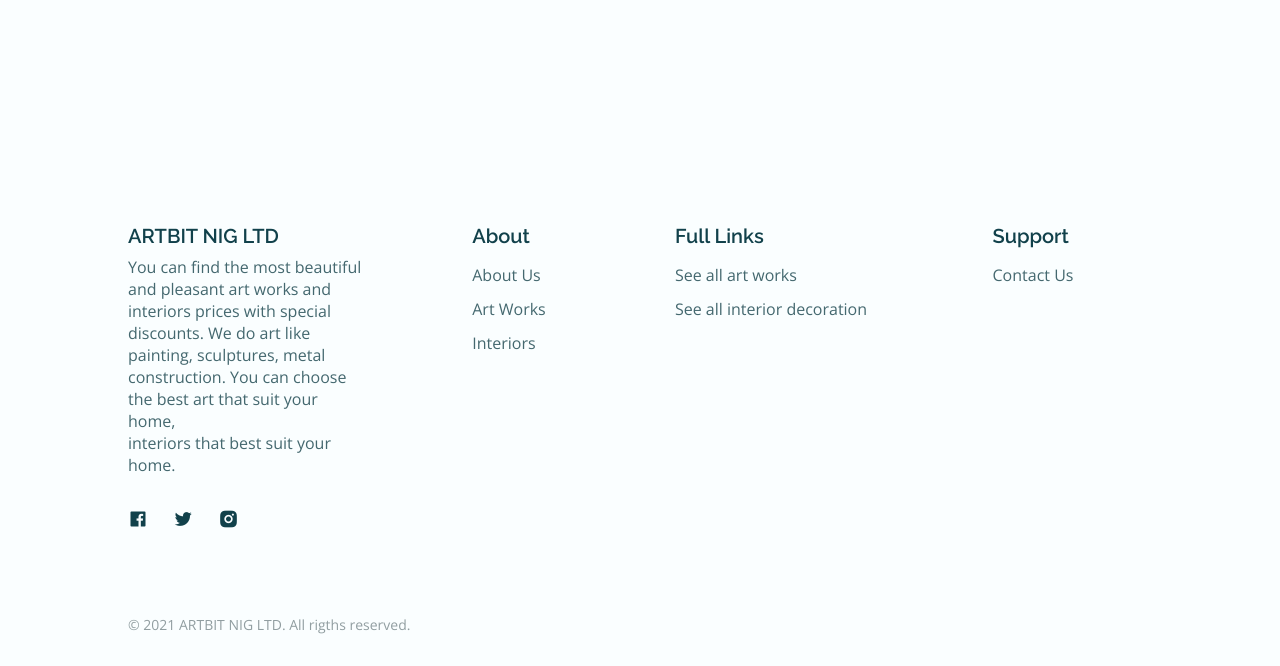
Repository: uche-hub/ARTBIT-WEB
Page: art.html
The author's editor kept a copy of each file at every save. The page is drawn from the files as they stood at one save, then again after a run of saves.
The browser window is 1280 px wide. The pictures show the part of the page from y = 1675 to 2363 px (the page is 2341 px tall before and 2363 px after).
A picture or video elsewhere on the page could not be fetched, so the positions and the page height are approximate.

Above is the page before, as saved 2021-10-15 21:16:33.
Console error: TypeError: Cannot read properties of null (reading 'classList')

### art.html
<!DOCTYPE html>
<html lang="en">
    <head>
        <meta charset="UTF-8">
        <meta name="viewport" content="width=device-width, initial-scale=1.0">

        <link rel="shortcut icon" href="assets/img/favicon.png" type="image/png">

        <!--=============== REMIXICONS ===============-->
        <link href="https://cdn.jsdelivr.net/npm/remixicon@2.5.0/fonts/remixicon.css" rel="stylesheet">

        <!--=============== SWIPER CSS ===============-->
        <link rel="stylesheet" href="assets/css/swiper-bundle.min.css">

        <!--=============== CSS ===============-->
        <link rel="stylesheet" href="assets/css/styles.css">
        <title>Art Work</title>
    </head>
    <body>
        <header class="header" id="header">
            <nav class="nav container">
                <a href="#" class="nav__logo">ARTBIT NIG LTD</a>

                <div class="nav__menu" id="nav-menu">
                    <ul class="nav__list">
                        <li class="nav__item">
                            <a href="index.html" class="nav__link">Home</a>
                        </li>
                        <li class="nav__item">
                            <a href="about.html" class="nav__link">About</a>
                        </li>
                        <li class="nav__item">
                            <a href="#interiors" class="nav__link">Interiors</a>
                        </li>
                        <li class="nav__item">
                            <a href="art.html" class="nav__link active-link">Art Works</a>
                        </li>
                    </ul>

                    <div class="nav__dark">
                        <!-- Theme change button -->
                        <span class="change-theme-name">Dark mode</span>
                        <i class="ri-moon-line change-theme" id="theme-button"></i>
                    </div>

                    <i class="ri-close-line nav__close" id="nav-close"></i>
                </div>

                <div class="nav__toggle" id="nav-toggle">
                    <i class="ri-function-line"></i>
                </div>
            </nav>
        </header>

        <main class="main">
            <section class="home" id="home">
                <img src="assets/img/artbg.jpg" alt="" class="home__img">

                <div class="home__container container grid">
                    <div class="home__data">
                        <span class="home__data-subtitle">Discover all our art works</span>
                        <h1 class="home__data-title">Explore The <br>Best <b>Beautiful Art</b></h1>
                    </div>

                    <div class="home__social">
                        <a href="https://www.facebook.com/" target="_blank" class="home__social-link">
                            <i class="ri-facebook-box-fill"></i>
                        </a>
                        <a href="https://www.instagram.com/" target="_blank" class="home__social-link">
                            <i class="ri-instagram-fill"></i>
                        </a>
                        <a href="https://twitter.com/" target="_blank" class="home__social-link">
                            <i class="ri-twitter-fill"></i>
                        </a>
                    </div>
                </div>
            </section>

            <!--=============== ART GALLERY ===========-->
            <section class="art section" id="art">
                <div class="wrapper">
                    <nav>
                        <div class="items">
                            <span class="item active" data-name="all">All</span>
                            <span class="item" data-name="painting">Paintings</span>
                            <span class="item" data-name="sculptures">Sculptures</span>
                            <span class="item" data-name="metal">Metal</span>
                        </div>
                    </nav>
                    <!--========= FILTER IMAGE ===========-->
                    <div class="gallery">
                        <div class="image" data-name="painting"><span><img src="/assets/img/p1.jpg" alt="painting 1"></span></div>
                        <div class="image" data-name="metal"><span><img src="/assets/img/m1.jpg" alt="metal 1"></span></div>
                        <div class="image" data-name="sculptures"><span><img src="/assets/img/s1.jpg" alt="sculptures 1"></span></div>
                        <div class="image" data-name="painting"><span><img src="/assets/img/p2.jpg" alt="painting 2"></span></div>
                        <div class="image" data-name="metal"><span><img src="/assets/img/m2.jpg" alt="metal 2"></span></div>
                        <div class="image" data-name="sculptures"><span><img src="/assets/img/s2.jpg" alt="sculptures 2"></span></div>
                        <div class="image" data-name="painting"><span><img src="/assets/img/p3.jpg" alt="painting 3"></span></div>
                        <div class="image" data-name="metal"><span><img src="/assets/img/m3.jpg" alt="metal 3"></span></div>
                        <div class="image" data-name="sculptures"><span><img src="/assets/img/s3.jpg" alt="sculptures 3"></span></div>
                        <div class="image" data-name="painting"><span><img src="/assets/img/p4.jpg" alt="painting 4"></span></div>
                        <div class="image" data-name="metal"><span><img src="/assets/img/m4.jpg" alt="metal 4"></span></div>
                        <div class="image" data-name="sculptures"><span><img src="/assets/img/s4.jpg" alt="sculptures 4"></span></div>
                    </div>
                </div>
            </section>

            <!-- Full Screen Image Preview Box-->
            <div class="preview-box">
                <div class="details">

                </div>
            </div>
        </main>

        <!--==================== FOOTER ====================-->
        <footer class="footer section">
            <div class="footer__container container grid">
                <div class="footer__content grid">
                    <div class="footer__data">
                        <h3 class="footer__title">ARTBIT NIG LTD</h3>
                        <p class="footer__description">You can find the most beautiful and pleasant art works and interiors
                            prices with special discounts. We do art like painting, sculptures, metal construction. You can
                            choose the best art
                            that suit your home, <br> interiors that best
                            suit your home.
                        </p>
                        <div>
                            <a href="https://www.facebook.com/" target="_blank" class="footer__social">
                                <i class="ri-facebook-box-fill"></i>
                            </a>
                            <a href="https://twitter.com/" target="_blank" class="footer__social">
                                <i class="ri-twitter-fill"></i>
                            </a>
                            <a href="https://www.instagram.com/" target="_blank" class="footer__social">
                                <i class="ri-instagram-fill"></i>
                            </a>
                        </div>
                    </div>

                    <div class="footer__data">
                        <h3 class="footer__subtitle">About</h3>
                        <ul>
                            <li class="footer__item">
                                <a href="#about" class="footer__link">About Us</a>
                            </li>
                            <li class="footer__item">
                                <a href="#art" class="footer__link">Art Works</a>
                            </li>
                            <li class="footer__item">
                                <a href="#interiors" class="footer__link">Interiors</a>
                            </li>
                        </ul>
                    </div>

                    <div class="footer__data">
                        <h3 class="footer__subtitle">Full Links</h3>
                        <ul>
                            <li class="footer__item">
                                <a href="art.html" class="footer__link">See all art works</a>
                            </li>
                            <li class="footer__item">
                                <a href="" class="footer__link">See all interior decoration</a>
                            </li>
                        </ul>
                    </div>

                    <div class="footer__data">
                        <h3 class="footer__subtitle">Support</h3>
                        <ul>
                            <li class="footer__item">
                                <a href="" class="footer__link">Contact Us</a>
                            </li>
                        </ul>
                    </div>
                </div>

                <div class="footer__rights">
                    <p class="footer__copy">&#169; 2021 ARTBIT NIG LTD. All rigths reserved.</p>
                </div>
            </div>
        </footer>


        <!--========== SCROLL UP ==========-->
        <a href="#" class="scrollup" id="scroll-up">
            <i class="ri-arrow-up-line scrollup__icon"></i>
        </a>

        <!--=============== SCROLL REVEAL===============-->
        <script src="assets/js/scrollreveal.min.js"></script>

        <!--=============== SWIPER JS ===============-->
        <script src="assets/js/swiper-bundle.min.js"></script>

        <!--=============== MAIN JS ===============-->
        <script src="assets/js/art.js"></script>
    </body>
</html>

Loaded but not shown: assets/css/swiper-bundle.min.css (library); assets/js/scrollreveal.min.js (library); assets/js/swiper-bundle.min.js (library); assets/js/art.js (167 lines, source omitted); assets/css/styles.css (1114 lines, source omitted)

After the next 4 saves:
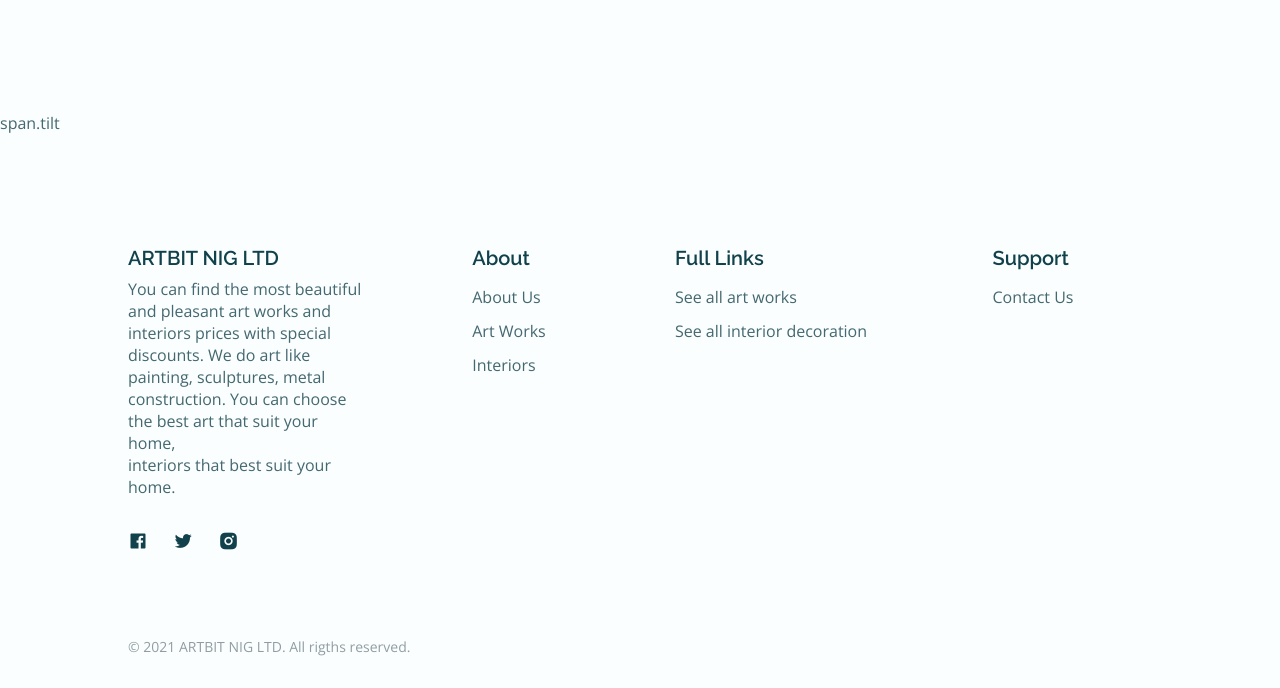
The 4 saves are shown as one change because they came seconds apart.
The last was saved 13 s later.
--- a/art.html
+++ b/art.html
@@ -108,7 +108,7 @@
             <!-- Full Screen Image Preview Box-->
             <div class="preview-box">
                 <div class="details">
-
+                    span.tilt
                 </div>
             </div>
         </main>
